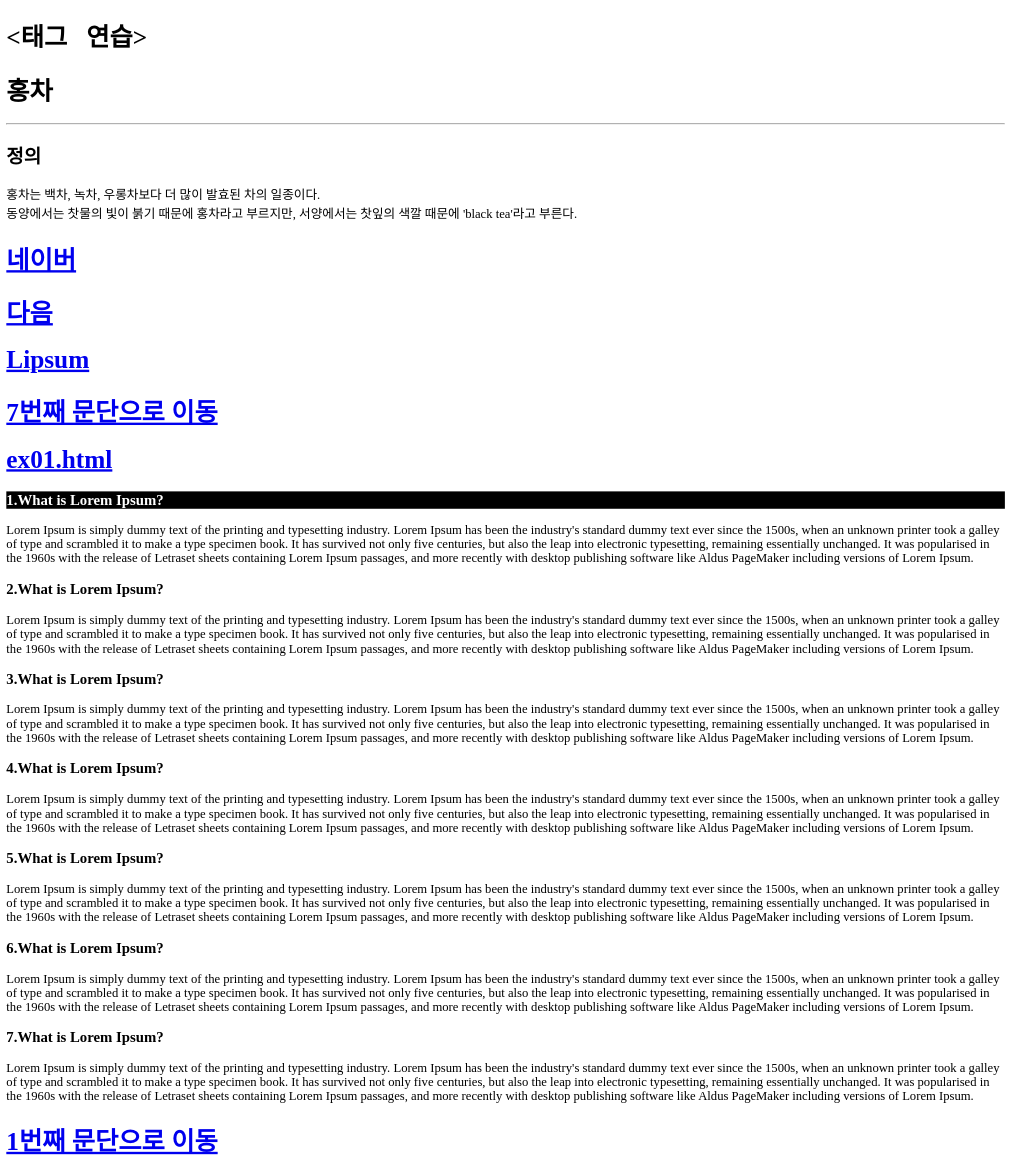
Repository: kmg8138/html
Page: 2020.04.06/ex0406/WebContent/ex03.html
The author's editor kept a copy of each file at every save. The page is drawn from the files as they stood at one save, then again after the next save.
The browser window is 1280 px wide. The pictures show the whole page, at 79% of full size.

Above is the page before, as saved 2020-04-06 02:23:17.

After the next save:
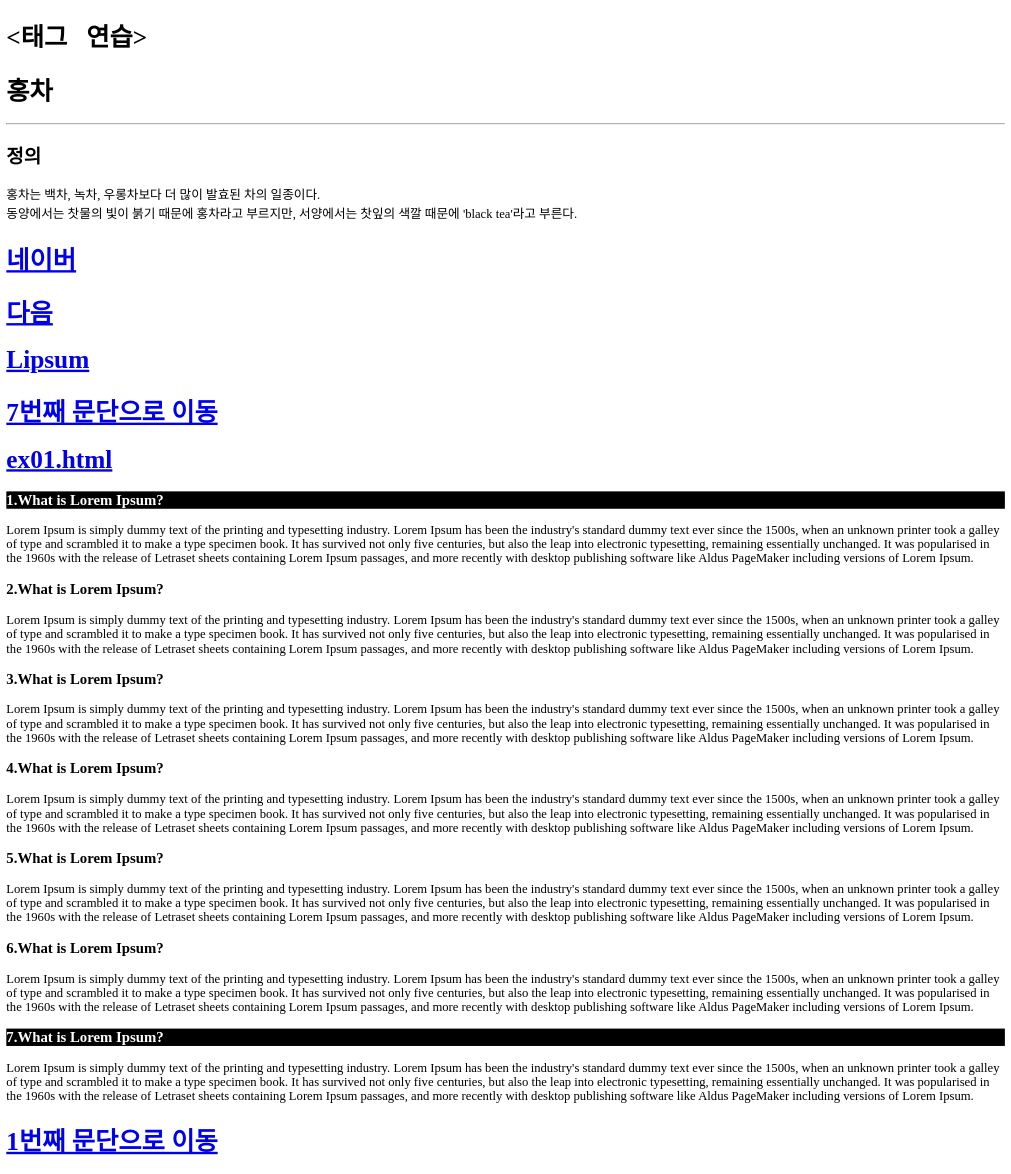
Saved 26 s later.
--- a/2020.04.06/ex0406/WebContent/ex03.html
+++ b/2020.04.06/ex0406/WebContent/ex03.html
@@ -4,7 +4,7 @@
 	<meta charset="UTF-8">
 	<title>연습3</title>
 	<style>
-		#p1,#p10 {background: black;color: white;}
+		#p1,#p7 {background: black;color: white;}
 	</style>
 </head>
 <body>
